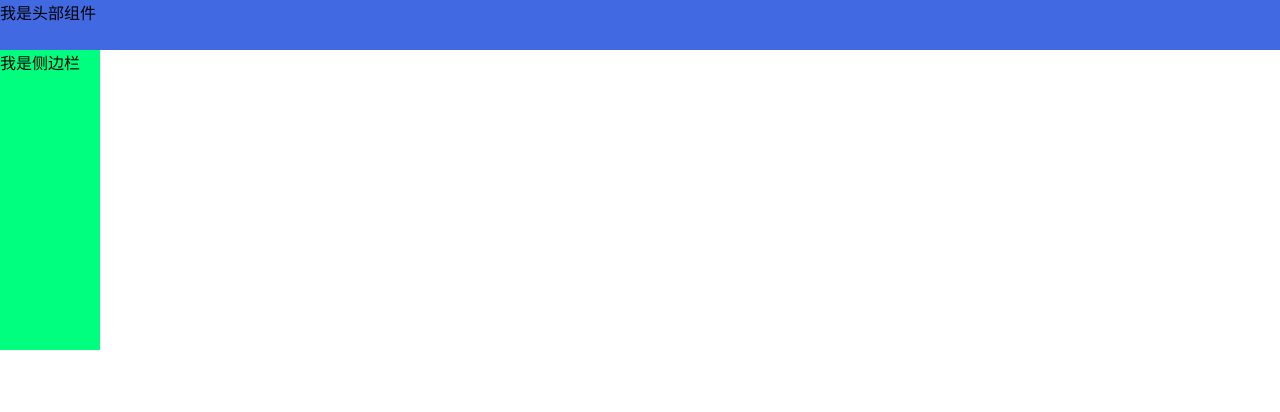
Repository: wujingwenwu/lianxi
Page: /
These files come from the project's save history. The page is drawn as it stood at one moment and after the next save; the edit follows.
The browser window is 1280 px wide. The pictures show the whole page.
The project was rebuilt for these pictures with package versions that can differ from the ones it lists, and the page was loaded fresh each time. Also part of the build but not shown: src/views/Home.vue.

Above is the page before, as saved 2020-06-04 22:15:55.

### src/App.vue
<template>
  <div id="app">
  <keep-alive include="Home,Detail">
     <router-view/>
  </keep-alive>

  </div>
</template>

<style lang="scss">
*{
  margin: 0;
  padding: 0;
}
</style>

### src/router/index.js
import Vue from 'vue'
import VueRouter from 'vue-router'
import Home from '../views/Home.vue'

Vue.use(VueRouter)
  const routes = [
    {
     path:'/home',
     redirect:'/'
    },
    {
      path: '/',
      name: 'Parent',
      component: () => import('../views/paeent/Parent'),
      meta:{
        title:'首页'
      },
      children:[
        {
          path: 'child',
          name: 'child',
          component: () => import('../views/child/Child'),
          meta:{
            title:'头部页'
          }
        }

      ]
    },
    {
      path: '/detail',
      name: 'detail',
      component: () => import('../views/detail/Detail')
    },
  {
    path: '/home',
    name: 'Home',
    component: Home
  },
  {
    path: '/about',
    name: 'About',
    component: () => import('../views/About.vue')
  },


  {
    path:'*',
    component: () => import('../views/err/Err')
  }
]

const router = new VueRouter({
  mode: 'history',
  base: process.env.BASE_URL,
  routes
})

router.beforeEach((to,from,next) =>{
  document.title=to.meta.title
  next()
})
export default router

### src/views/paeent/Parent.vue
<template>
 <div>
   <div class="item">我是头部组件</div>
   <div class="item1">我是侧边栏</div>
   <router-view></router-view>
 </div>
</template>

<script>
 export default {
   name:'',
   props:{

    },
   data () {
     return {

   }
   },
   components: {

   },
   methods: {

   },
   mounted() {

   },
   watch: {

   },
   computed: {

   }
 }
</script>

<style scoped lang='scss'>
.item{
    width: 100%;
    height: 50px;
    background: royalblue;
}
.item1{
    width: 100px;
    height: 300px;
    background: springgreen;
}
</style>

Loaded but not shown: public/index.html (common file); src/main.js (common file); src/store/index.js (common file)

After the next save:
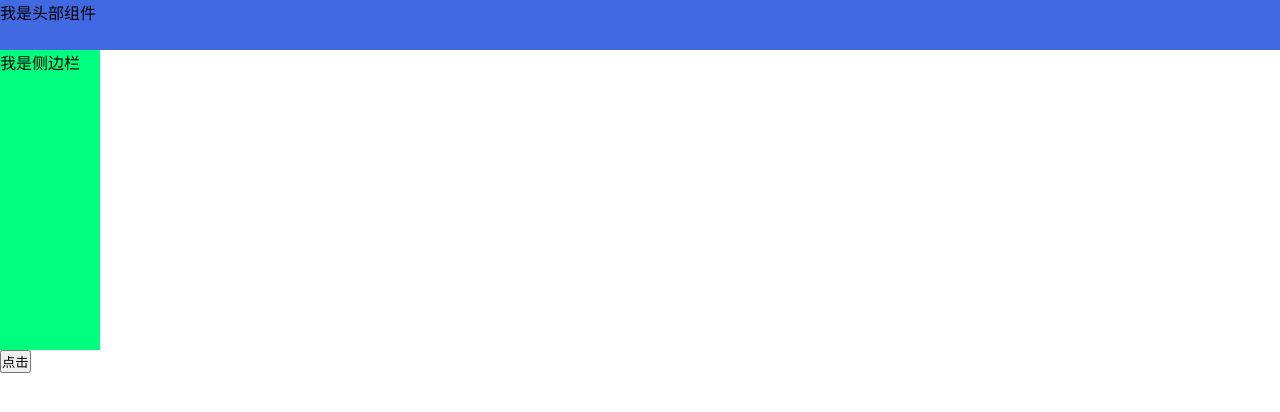
Saved 77 s later.
--- a/src/views/paeent/Parent.vue
+++ b/src/views/paeent/Parent.vue
@@ -2,6 +2,7 @@
  <div>
    <div class="item">我是头部组件</div>
    <div class="item1">我是侧边栏</div>
+   <button @click="azz">点击</button>
    <router-view></router-view>
  </div>
 </template>
@@ -21,7 +22,9 @@
 
    },
    methods: {
-
+       azz(){
+           this.router.push('child')
+       }
    },
    mounted() {
 
